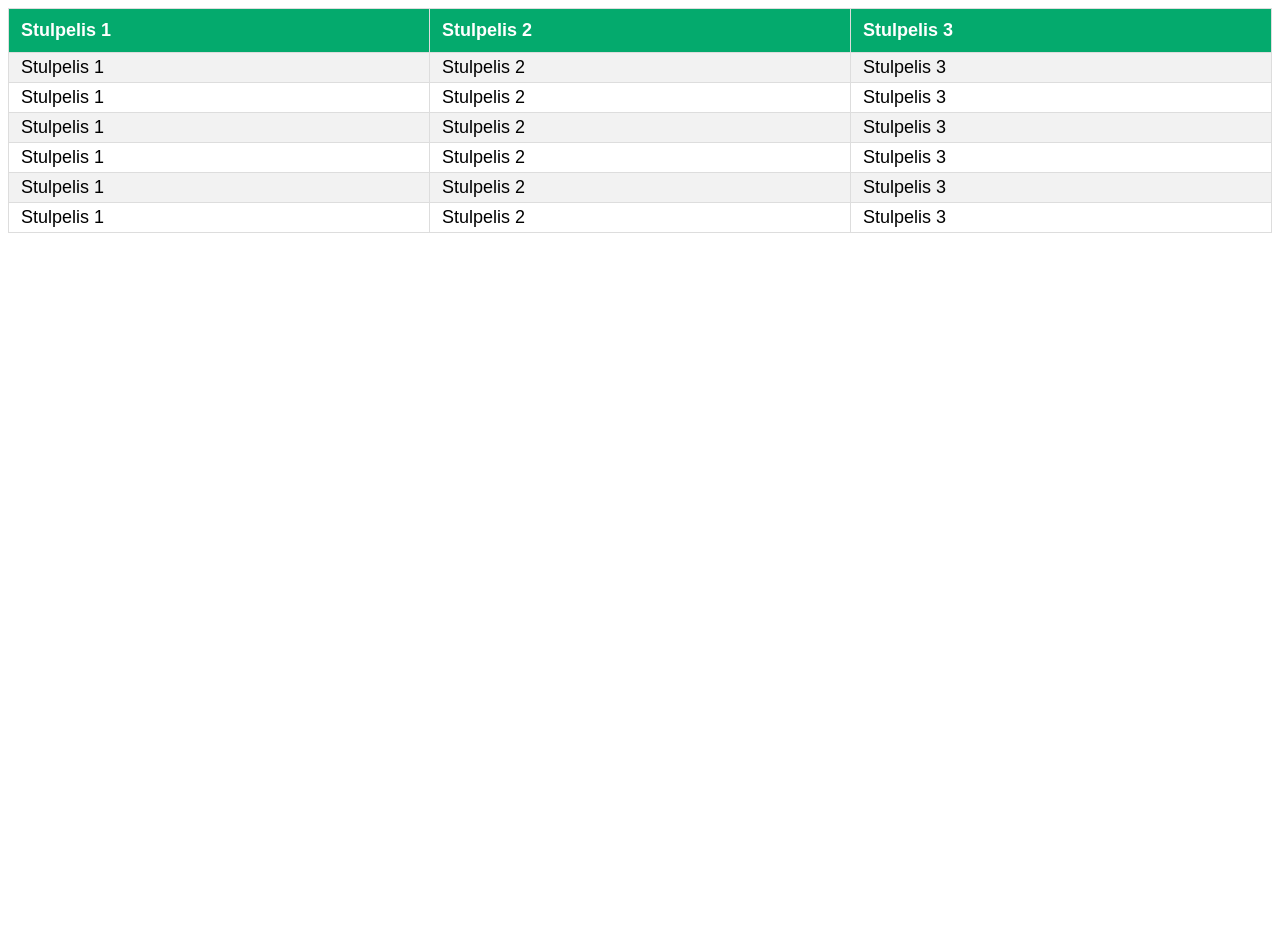
Repository: motiejus1/10-paskaita-05.31
Page: index.html
These files come from the project's save history. The page is drawn as it stood at one moment and after a run of saves; the edit follows.
The browser window is 1280 px wide. The pictures show the part of the page from y = 0 to 952 px (the page is 3241 px tall before and 3199 px after).
Backgrounds fixed to the window are drawn as part of the page.

Above is the page before, as saved 2021-06-16 20:15:09.

### index.html
<!DOCTYPE html>
<html lang="en">
<head>
    <meta charset="UTF-8">
    <meta http-equiv="X-UA-Compatible" content="IE=edge">
    <meta name="viewport" content="width=device-width, initial-scale=1.0">
    <title>10 paskaita</title>

    <style>
        html {
            font-size: 18px;
        }

        .container {
            width: 100%;
            height: 1800px;
        }


        /* Fono spalvos */

        .fonas-spalva {
            background-color: green;
            opacity: 0.7;
        }

        .fonas {
            background-color: #657AD3;
            opacity: 0.7;
        }

        .fonas-rgb {
            background-color:rgb(101, 122, 211);
            opacity: 0.7;
        }

        .fonas-rgba {
            background-color:rgba(101, 122, 211, 0.7);
        }

        /* Paveiksliukas kaip fonas */
        .paveiksliukas {
            height: 100%;
            background-image: url("https://images.unsplash.com/photo-1593642531955-b62e17bdaa9c?ixid=MnwxMjA3fDF8MHxwaG90by1wYWdlfHx8fGVufDB8fHx8&ixlib=rb-1.2.1&auto=format&fit=crop&w=750&q=80");
            background-color:grey;
            background-repeat: no-repeat;
            opacity: 0.7;
            background-attachment: fixed;
            /* background-position: 5px 5px; */
            /* background-position: center center; */
            /* background-size: 100% 100%; */
            /* background-size: contain; background-size: 100% */
            /* background-size: cover; */


        }

        table {

            font-family: Arial, Helvetica, sans-serif;
            border: 1px solid  #ddd;
            margin-bottom: 1200px;
            width: 100%;
            border-collapse: collapse;
        }


        td, th {
            border: 1px solid  #ddd;
            padding-left: 12px;
        }

        th {
            text-align: left;
            padding-top: 11px;
            padding-bottom: 11px;
            background-color: #04AA6D;
            color:white;
            font-size: 1rem;
        }

        td {
            padding-top: 4px;
            padding-bottom: 4px;
        }

        tr:nth-child(even) {
            background-color: #f2f2f2;
        }

        tr:hover {
            background-color: #ddd;
         }

        /* td:hover { */
            /* background-color: #ddd; */
        /* } */

    </style>
</head>
<body>

    <table>
        <tr>
            <th>Stulpelis 1</th>
            <th>Stulpelis 2</th>
            <th>Stulpelis 3</th>
        </tr>
        <tr>
            <td>Stulpelis 1</td>
            <td>Stulpelis 2</td>
            <td>Stulpelis 3</td>
        </tr>
        <tr>
            <td>Stulpelis 1</td>
            <td>Stulpelis 2</td>
            <td>Stulpelis 3</td>
        </tr>
        <tr>
            <td>Stulpelis 1</td>
            <td>Stulpelis 2</td>
            <td>Stulpelis 3</td>
        </tr>
        <tr>
            <td>Stulpelis 1</td>
            <td>Stulpelis 2</td>
            <td>Stulpelis 3</td>
        </tr>
        <tr>
            <td>Stulpelis 1</td>
            <td>Stulpelis 2</td>
            <td>Stulpelis 3</td>
        </tr>
        <tr>
            <td>Stulpelis 1</td>
            <td>Stulpelis 2</td>
            <td>Stulpelis 3</td>
        </tr>
    </table>

    <div class="container fonas-rgba">
        <div class="paveiksliukas">
            Tekstas
        </div>
    </div>
</body>
</html>

After the next 3 saves:
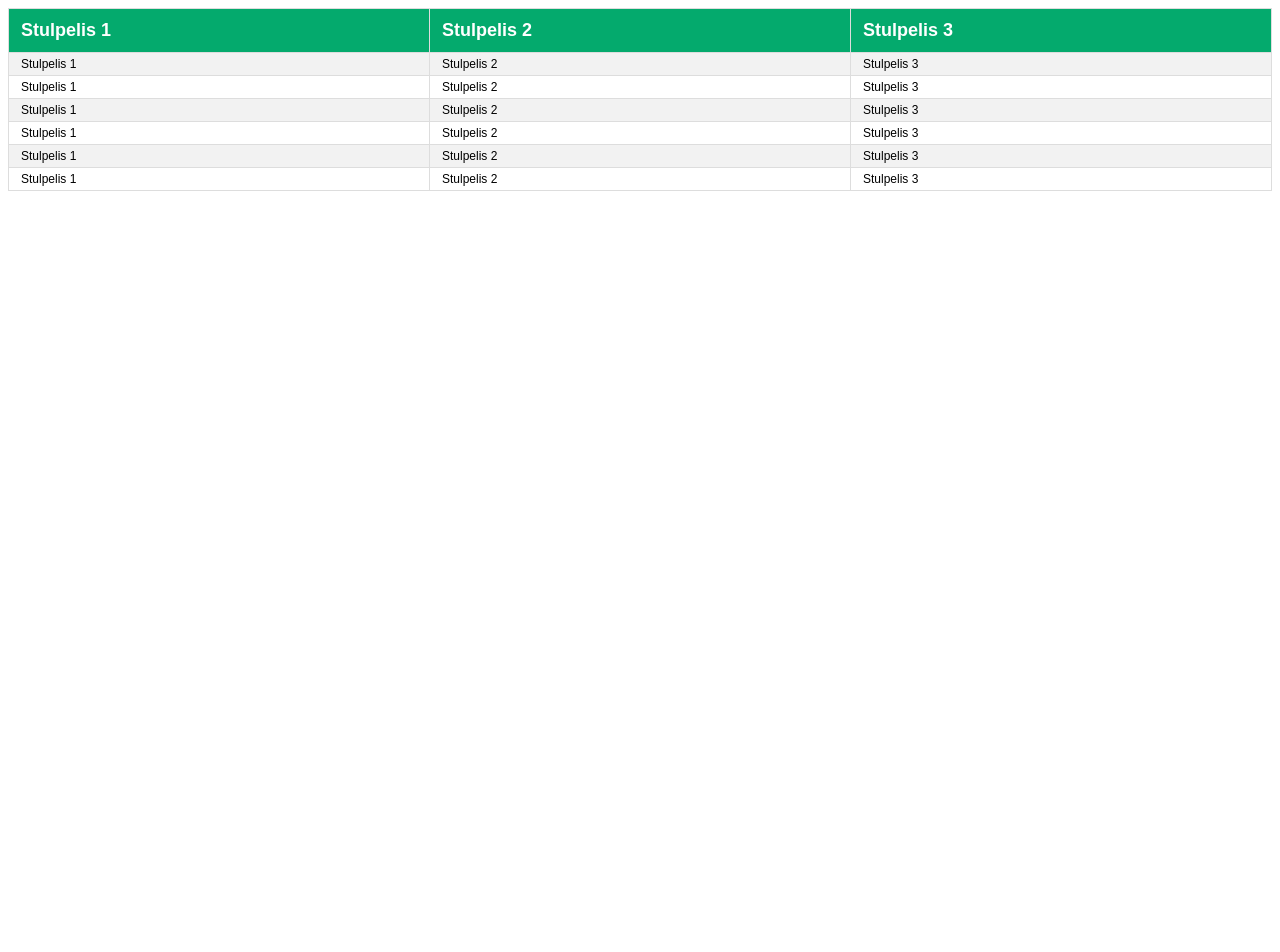
The 3 saves are shown as one change because they came seconds apart.
The last was saved 29 s later.
--- a/index.html
+++ b/index.html
@@ -82,6 +82,7 @@
         td {
             padding-top: 4px;
             padding-bottom: 4px;
+            font-size: 0.6667rem;
         }
 
         tr:nth-child(even) {
